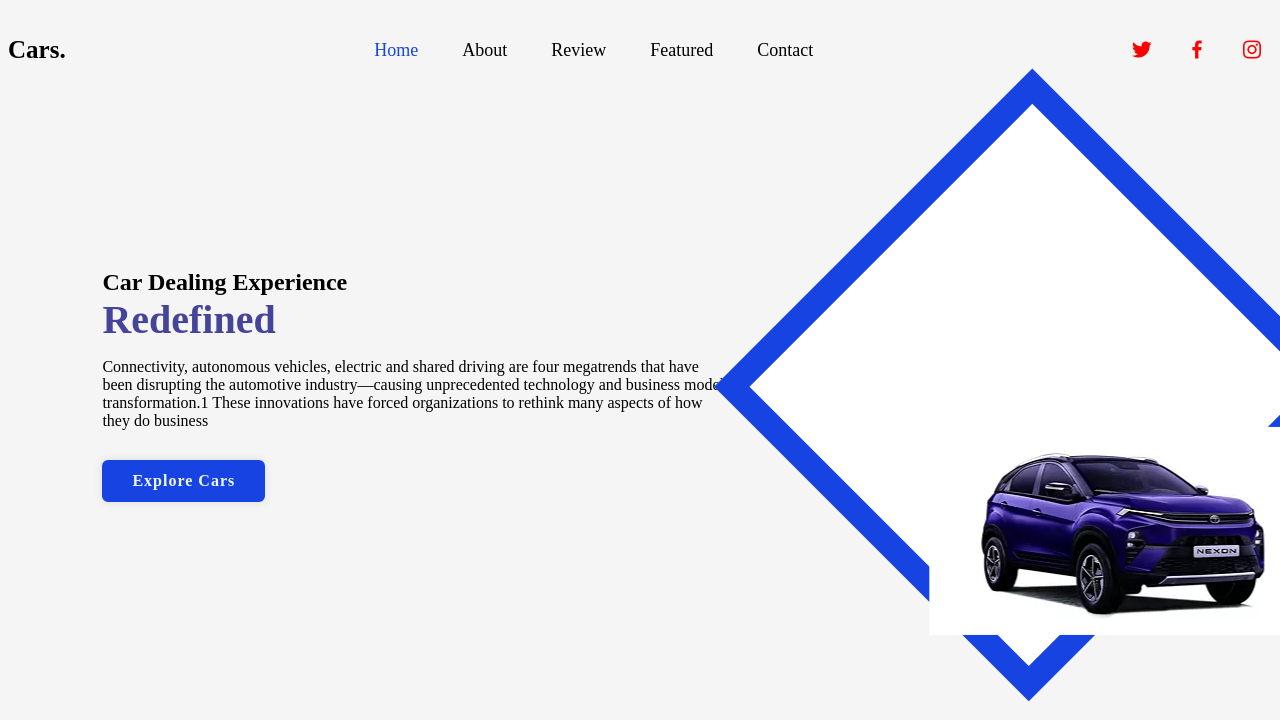
Repository: supriya123yadav/website-project
Page: index.html
These files come from the project's save history. The page is drawn as it stood at one moment and after the next save; the edit follows.
The browser window is 1280 px wide. The pictures show the whole page.

Above is the page before, as saved 2024-07-11 19:25:34.

After the next save:
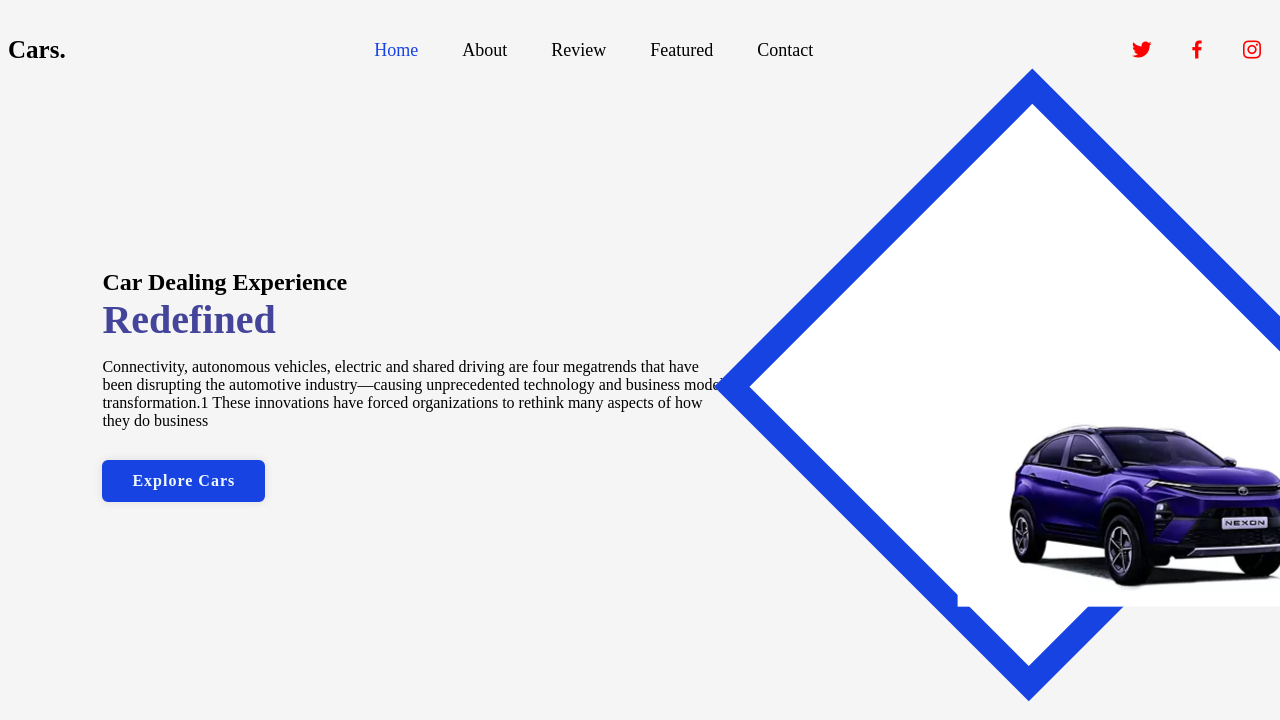
Saved 12 s later.
--- a/style.css
+++ b/style.css
@@ -120,7 +120,7 @@
 
 .home-img .rhombus img {
     position: absolute;
-    top: 140px;
+    top: 100px;
     right: -150px;
     max-width: 600px;
     transform: rotate(-45deg);
